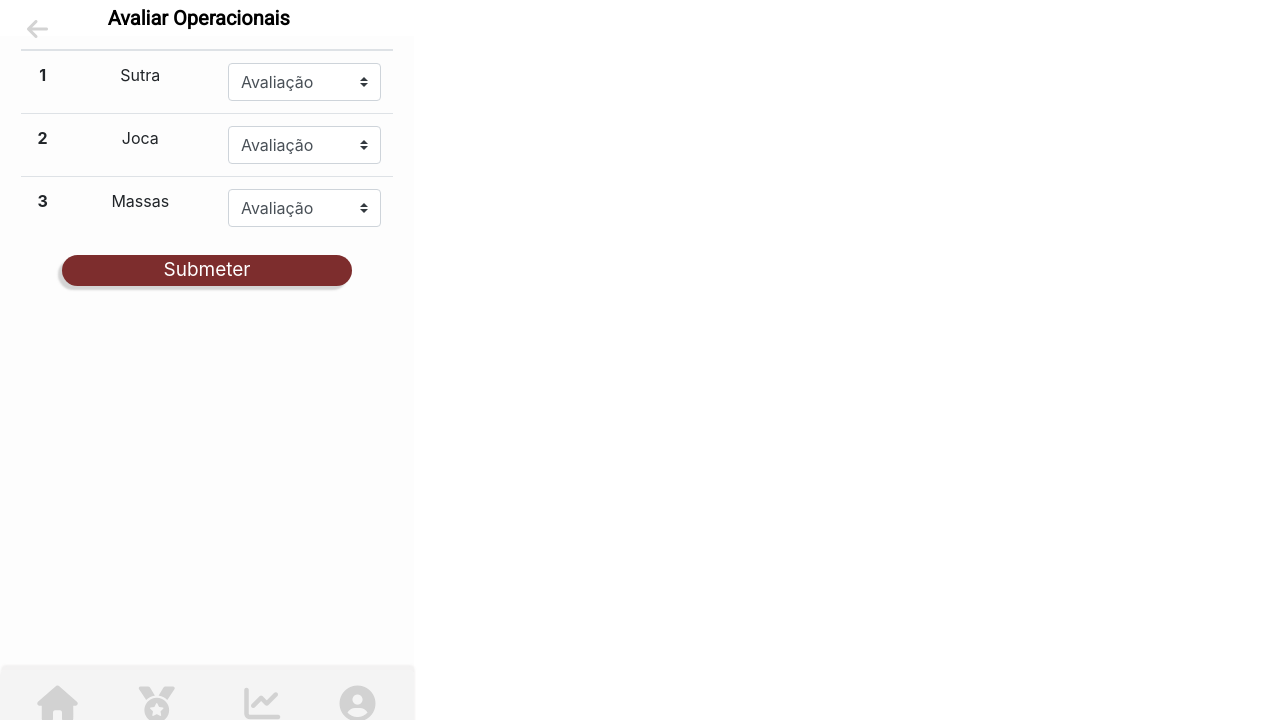
Repository: grupodetrabalhoeficiente/D213
Page: D213/Frontend/AvaliarOperacionais.html
The author's editor kept a record of every edit. The page is drawn from the files as they stood at one moment, then again after the next edit.
The browser window is 1280 px wide. The pictures show the whole page.
Some web libraries are served in a nearby version.

Above is the page before.

### D213/Frontend/AvaliarOperacionais.html
<!DOCTYPE html>
<html>

<head>
    <meta charset="utf-8">
    <meta name="viewport" content="width=device-width, initial-scale=1, maximum-scale=1, user-scalable=no">
    <link href="https://fonts.googleapis.com/css?family=Inter&display=swap" rel="stylesheet" />
    <link href="https://fonts.googleapis.com/css?family=Roboto&display=swap" rel="stylesheet" />
    <link href="./AvaliarOperacionais.css" rel="stylesheet" />
    <link rel="stylesheet" href="https://cdn.jsdelivr.net/npm/bootstrap@4.5.3/dist/css/bootstrap.min.css" integrity="sha384-TX8t27EcRE3e/ihU7zmQxVncDAy5uIKz4rEkgIXeMed4M0jlfIDPvg6uqKI2xXr2" crossorigin="anonymous">
    <script src="https://kit.fontawesome.com/e195162fd2.js" crossorigin="anonymous"></script>
    <title>Secure4All</title>
</head>
<div class="screen">
    <!--navbar-->
    <nav class="navbar fixed-top">
        <span class="title">Avaliar Operacionais</span>
    </nav>
     <a><i id="goBack"class="fas fa-arrow-left fa-2x"></i></a>
     <form>
    <div class="AvaliarDiv">
        <table class="table">
            <thead>
                <tr>
                    <th scope="col">#</th>
                    <th scope="col">Operacional</th>
                    <th scope="col">Pontos</th>
                </tr>
            </thead>
            <tbody>
                <tr>
                    <th scope="row">1</th>
                    <td>Sutra</td>

    <td>
    <select class="custom-select" id="inputGroupSelect01">
    <option selected>Avaliação</option>
    <option value="1">1</option>
    <option value="2">2</option>
    <option value="3">3</option>
    <option value="4">4</option>
    <option value="5">5</option>
  </select>
</td>
</tr>
<tr>
    <th scope="row">2</th>
    <td>Joca</td>
    <td>
    <select class="custom-select" id="inputGroupSelect01">
    <option selected>Avaliação</option>
    <option value="1">1</option>
    <option value="2">2</option>
    <option value="3">3</option>
    <option value="4">4</option>
    <option value="5">5</option>
  </select>
    </td>
</tr>
<tr>
    <th scope="row">3</th>
    <td>Massas</td>
    <td>
    <select class="custom-select" id="inputGroupSelect01">
    <option selected>Avaliação</option>
    <option value="1">1</option>
    <option value="2">2</option>
    <option value="3">3</option>
    <option value="4">4</option>
    <option value="5">5</option>
  </select>
</td>
</tr>
</tbody>
</table>
</div>
<!--botao confirmar-->
<input id="submit" type ="button" class="SubmeterClass" id="SubmeterId" value="Submeter"></input>
<!--menubar-->
<nav class="menubar fixed-bottom">
    <ul class="nav navbar-nav">
        <li><a href="MenuPrincipal.html"><i class="fa fa-home fa-3x" id:"home"></i></a></li>
        <li><a href="Ranks.html"><i class="fas fa-medal fa-3x" id:"medal"></i></a></li>
        <li><a href="HistoricoOcorrencias.html"><i class="fas fa-chart-line fa-3x" id:"chart"></i></a></li>
        <li><a href="PerfilUpdate.html"><i class="fas fa-user-circle fa-3x" id:"profile"></i></a></li>
    </ul>
</nav>
</div>
</body>

</html>

### D213/Frontend/AvaliarOperacionais.css
.screen {
  width:100%;
  height:100%;
  max-width: 414px;
  max-height: 736px;
  background:rgb(253 253 253);
  opacity: 1;
  position: absolute;
  overflow: hidden;
  z-index:-1;
}
.navbar{
  width: 100%;
  max-width:414px;
  background-color: rgba(255,255,255,1);
 z-index: 2!important;
  text-align:center;
  overflow: hidden;
  height: 5%;

}
.title {
  color: rgba(0,0,0,1);
  width: 100%;
  right: 2%;
  font-family: Roboto;
  font-weight:Bolder;
  font-size: 20px;
  opacity: 1;
  text-align: center;
  z-index:1;
  position:absolute;

}
#formAvaliar{

}
.AvaliarDiv{
    position: relative;
    width: 90%;
    height: 70%;
    top: 10%;
    display: block;
    margin-left: auto;
    margin-right: auto;
    text-align: center;
}
/* botao confirmar*/
.SubmeterClass{
    height: 7%;
    width: 70%;
    border-top-left-radius: 32px;
    border-top-right-radius: 32px;
    border-bottom-left-radius: 32px;
    border-bottom-right-radius: 32px;
    position: relative;
    background-color: #7d2d2d;
    color: white;
    font-size: 19px;
    border: none;
    top: 70%;
    box-shadow: -4px 4px 2px rgb(171 171 171 / 50%);
    left: 15%;
}

.menubar {
    width: 100%;
    height: 100%;
    max-height: 67px;
    max-width: 414px;
    background-color: rgba(255, 255, 255, 1);
    z-index: 1;
    float: center;
    overflow: hidden;
    display: block;
    font-size: 12px;
}

.fa-home {
    opacity: 1;
    position: absolute;
    top: 16px!important;
    left: 9%;
    z-index: 2;
    color: #d2d2d2;
}

.fa-medal {
    opacity: 1;
    position: absolute;
    left: 33.5%;
    z-index: 2;
    top: 17px!important;
    color: #d2d2d2;
}

.fa-chart-line {
    opacity: 1;
    position: absolute;
    left: 59%;
    z-index: 2;
    top: 16px!important;
    color: #d2d2d2;
}

.fa-user-circle {
    opacity: 1;
    position: absolute;
    left: 82%;
    z-index: 2;
    top: 16px!important;
    color: #d2d2d2;
}

#goBack {
    position: absolute;
    top: 17px;
    left: 27px;
    font-size: 24px;
    color: lightgray;
    z-index: 3;
}

.fixed-bottom {
    position: fixed;
    background-color: #ececec82;
    top: 670px;
    left: 1px;
    width: 461px;
    box-shadow: 1px -5px 2px rgb(222 221 221 / 34%);
    border-top-left-radius: 5px;
    border-top-right-radius: 5px;
    border-bottom-left-radius: 5px;
    border-bottom-right-radius: 5px;
}

After the next edit:
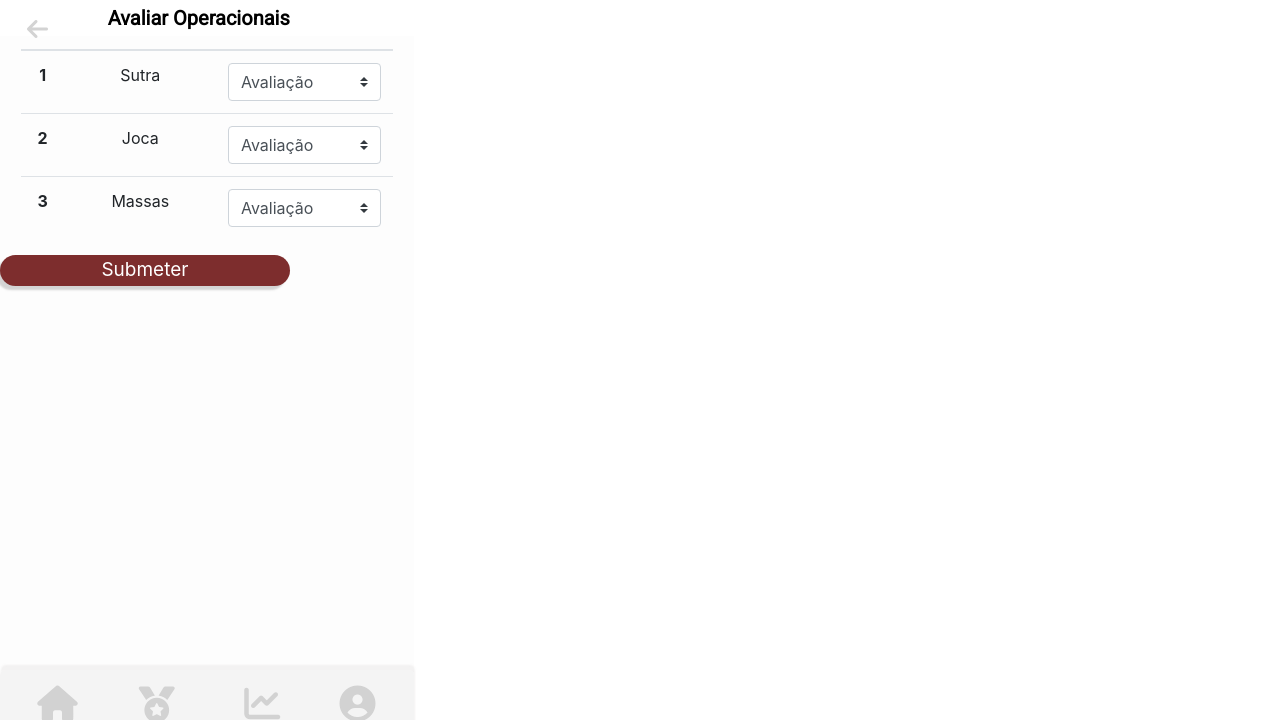
The edit:
--- a/D213/Frontend/AvaliarOperacionais.css
+++ b/D213/Frontend/AvaliarOperacionais.css
@@ -60,7 +60,6 @@
     border: none;
     top: 70%;
     box-shadow: -4px 4px 2px rgb(171 171 171 / 50%);
-    left: 15%;
 }
 
 .menubar {
